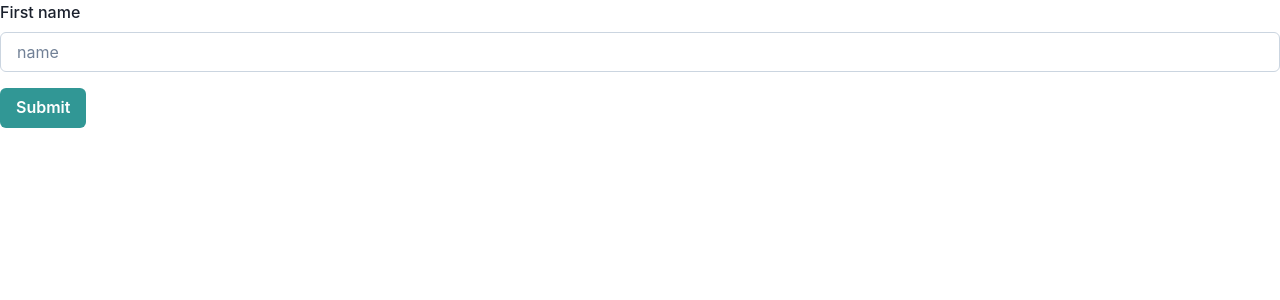
Repository: shash0708/attendence
Page: /form
The author's editor kept a copy of each file at every save. The page is drawn from the files as they stood at one save, then again after the next save.
The browser window is 1280 px wide. The pictures show the whole page.
The project was rebuilt for these pictures with package versions that can differ from the ones it lists, and the page was loaded fresh each time. Also part of the build but not shown: src/App.css, client/src/components/Navbar/Navbar.component.jsx, src/components/Button/Button.component.jsx, src/components/Login/Login.component.jsx, src/components/homeProp/HomeProp.styles.scss, src/components/homeProp/HomeProp.component.jsx, src/routes/Home/Home.styles.scss, src/routes/Home/Home.component.jsx and 2 more.

Above is the page before, as saved 2024-04-06 21:45:32.

After the next save:
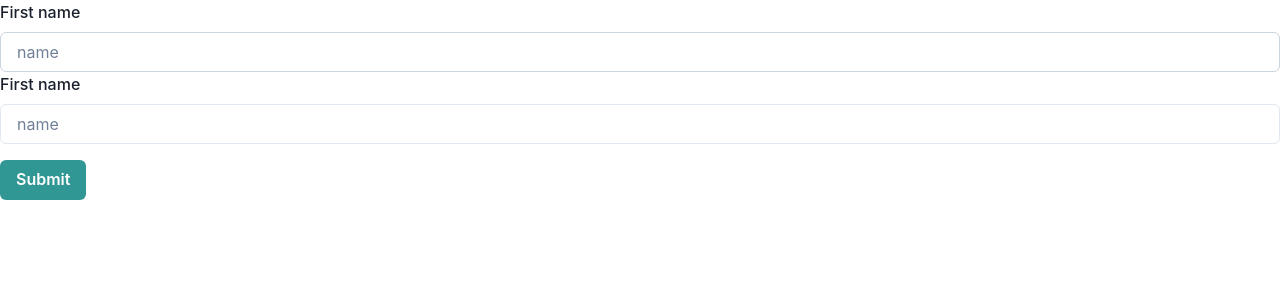
Saved 3 min 7 s later.
--- a/src/components/Form/From.component.jsx
+++ b/src/components/Form/From.component.jsx
@@ -39,6 +39,20 @@ export default function Form() {
           {errors.name && errors.name.message}
         </FormErrorMessage>
       </FormControl>
+      <FormControl isInvalid={errors.name}>
+        <FormLabel htmlFor='name'>First name</FormLabel>
+        <Input
+          id='name'
+          placeholder='name'
+          {...register('name', {
+            required: 'This is required',
+            minLength: { value: 4, message: 'Minimum length should be 4' },
+          })}
+        />
+        <FormErrorMessage>
+          {errors.name && errors.name.message}
+        </FormErrorMessage>
+      </FormControl>
       <Button mt={4} colorScheme='teal' isLoading={isSubmitting} type='submit'>
         Submit
       </Button>
